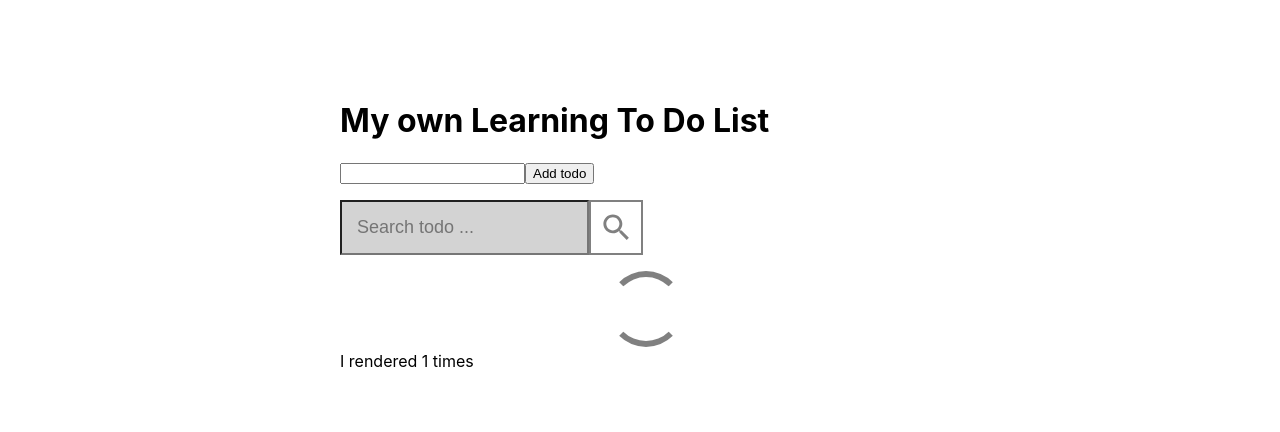
Repository: ArusyakAghajanyan/To-Do
Page: /
These files come from the project's save history. The page is drawn as it stood at one moment and after the next save; the edit follows.
The browser window is 1280 px wide. The pictures show the whole page.
The page's requests for data from a server got no answer. The project was rebuilt for these pictures with package versions that can differ from the ones it lists, and the page was loaded fresh each time. No one was signed in, and anything a server would have sent is missing. Also part of the build but not shown: src/Todo/TodoItem.js, src/Todo/TodoList.js.

Above is the page before, as saved 2022-03-16 15:59:18.

### src/index.css
body {
  margin: 0;
  font-family: -apple-system, BlinkMacSystemFont, 'Segoe UI', 'Roboto', 'Oxygen',
    'Ubuntu', 'Cantarell', 'Fira Sans', 'Droid Sans', 'Helvetica Neue',
    sans-serif;
  -webkit-font-smoothing: antialiased;
  -moz-osx-font-smoothing: grayscale;
}

code {
  font-family: source-code-pro, Menlo, Monaco, Consolas, 'Courier New',
    monospace;
}
.wrapper {
  padding-top: 5rem;
  margin: 0 auto;
  width: 600px;
}
.rm {
  background: gray;
  border-radius: 50%;
  color:#fff;
  border: none;
}

.done {
  text-decoration: line-through;
}

.lds-dual-ring {
  display: inline-block;
  width: 80px;
  height: 80px;
}

.lds-dual-ring:after {
  content: " ";
  display: block;
  width: 64px;
  height: 64px;
  margin: 8px;
  border-radius: 50%;
  border: 6px solid gray;
  border-color: gray transparent gray transparent;

}
@keyframes lds-dual-ring {
  0% {
    transform: rotate(0deg);
  }
  100% {
    transform: rotate(360deg);
  }
}

### src/App.js
import React, { useEffect, useRef, useState } from 'react'
import TodoList from './Todo/TodoList'
import Context from './context'
import Loader from './Loader'
import SearchBar from './Search/SearchBar'

const AddTodo = React.lazy(
  () =>
  new Promise(resolve => {
    setTimeout(() => {
      resolve(import('./Todo/AddTodo'))
    }, 3000)
  })
  )

function App() {
  const [todos, setTodos] = useState([])
    // { id: 1, completed: false, title: 'Learn HTML, CSS'},
    // { id: 2, completed: true, title: 'Learn Js'},
    // { id: 3, completed: false, title: 'Learn React'},
    // { id: 4, completed: false, title: 'Learn Java'}
  const [loading, setLoading] = useState(true)
  const renderCount = useRef(0)
  const[data,setData] = useState([])

  useEffect(() => {
    renderCount.current = renderCount.current + 1
  })


useEffect(() => {
  fetch('https://jsonplaceholder.typicode.com/todos?_limit=5')
    .then(response => response.json())
    .then(todos => {
      setTimeout(() => {
        setTodos(todos)
        setLoading(false)
      }, 2000)
    })
}, [])

  function toggleTodo(id){
    setTodos(
    todos.map(todo => {
    if (todo.id === id) {
      todo.completed = !todo.completed
    }
    return todo
    })
    )
  }

  function removeTodo(id){
   setTodos(todos.filter(todo => todo.id !== id))
  }

  function addTodo(title) {
    setTodos(todos.concat([{
      title,
      id: Date.now(),
      completed: false
    }]))
  }
  function searchResult(data){
    console.log("data=", data)
    setData(data)
  }
  return (
    <Context.Provider value={{ removeTodo }}>
    <div className='wrapper'>
      <h1>My own Learning To Do List</h1>
      <React.Suspense fallback={<p>Loading...</p>}>

      <AddTodo onCreate={addTodo} />
      <SearchBar placeholder="Search todo ..." data={todos}  filterData={searchResult} />
      </React.Suspense>
      {loading && <Loader />}
      {todos.length ? (
      <TodoList todos={data.length > 0 ? data : todos} onToggle={toggleTodo} />
      ) : loading ? null : (
        <p>No todos!</p>
       )}
       <div> I rendered {renderCount.current} times </div>
       <div >

    </div>

    </div>
    </Context.Provider>

  )
}

export default App

// className="App"
//

### src/Loader.js
import React from 'react'

export default () => <div style={{display: 'flex', justifyContent: 'center', margin: '.5rem' }}>
    <div className="lds-dual-ring" /></div>

### src/Search/SearchBar.js
import React, { useState, useEffect } from "react";
import "./SearchBar.css";
import SearchIcon from '@mui/icons-material/Search';
import CloseIcon from '@mui/icons-material/Close';

function SearchBar({ placeholder, data, filterData }) {
  const [filteredData, setFilteredData] = useState([]);
  const [wordEntered, setWordEntered] = useState("");

  const handleFilter = (event) => {
    const searchWord = event.target.value;
    setWordEntered(searchWord);
    const newFilter = data.filter((value) => {
      return value.title.toLowerCase().includes(searchWord.toLowerCase());
    });

    if (searchWord === "") {
      setFilteredData([]);
    } else {
      setFilteredData(newFilter);
    }
  };

  const clearInput = () => {
    setFilteredData([]);
    setWordEntered("");
  };

 useEffect(() => {
  filterData(filteredData)

 }, [filteredData])


  return (
    <div className="search">
      <div className="searchInputs">
        <input
          type="text"
          placeholder={placeholder}
          value={wordEntered}
          onChange={handleFilter}

        />
        <div className="searchIcon">
          {filteredData.length === 0 ? (
            <SearchIcon />
          ) : (
            <CloseIcon id="clearBtn" onClick={clearInput} />
          )}
        </div>
      </div>

    </div>
  );

}

export default SearchBar;

### src/Todo/AddTodo.js
import React, { useState } from "react";
import PropTypes from "prop-types";

function useInputValue(defaultValue = " ") {
  const [value, setValue] = useState(defaultValue);
  return {
    bind: {
      value,
      onChange: (event) => setValue(event.target.value),
    },
    clear: () => setValue(""),
    value: () => value,
  };
}

function AddTodo({ onCreate }) {
  const input = useInputValue(" ");

  function submitHandler(event) {
    event.preventDefault();

    if (input.value().trim()) {
      onCreate(input.value());
      input.clear();
    }
  }

  return (
    <form style={{ marginBottom: "1rem" }} onSubmit={submitHandler}>
      <input {...input.bind} />
      <button type="submit">Add todo</button>
    </form>
  );
}

AddTodo.propTypes = {
  onCreate: PropTypes.func.isRequired,
};

export default AddTodo;

### src/Search/SearchBar.css
.searchInputs {
    margin-top: 0px;
    display: flex;
  }

  .search input{
    background-color: lightgray;
    border-top-right-radius: 0px;
    border-bottom-right-radius: 0px;
    font-size: 18px;
    padding: 15px;
    width: 215px;
  }

  .searchIcon {
    background-color: lightgray;
    border: 2px solid gray;
    width: 50px;
    background-color: white;
    display: grid;
    place-items: center;
    color: gray;
  }

  input:focus {
    outline: none;
  }
  .searchIcon svg {
    font-size: 35px;
  }

  /* .dataResult {
    margin-top: 0px;
    width: 300px;
    height: 200px;
    background-color: lightgray;
    box-shadow: rgba(0, 0, 0, 0.35) 0px 5px 15px;
    overflow: hidden;
    overflow-y: auto;
    position: absolute;
  } */

  /* .dataResult::-webkit-scrollbar {
    display: none;
  } */

  /* .dataResult .dataItem {
    width: 100%;
    height: 50px;
    display: flex;
    align-items: center;
    color: black;
  } */

  /* .dataItem p {
    margin-left: 10px;
  }
  a {
    text-decoration: none;
  } */

  /* a:hover {
    background-color: lightgrey;
  } */

  #clearBtn {
    cursor: pointer;
  }

Loaded but not shown: public/index.html (common file); src/index.js (common file); src/reportWebVitals.js (common file); src/context.js (common file)

After the next save:
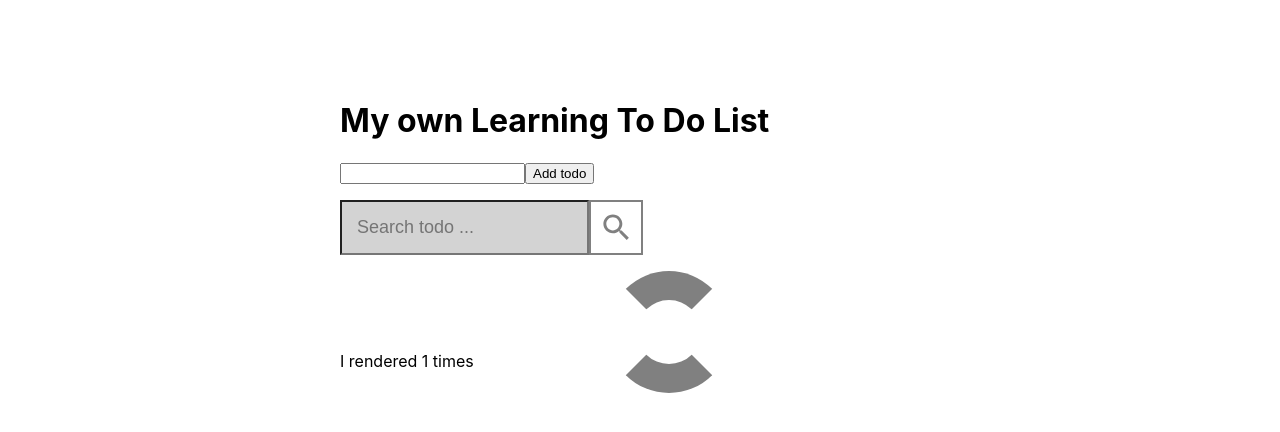
Saved 9 s later.
--- a/src/index.css
+++ b/src/index.css
@@ -40,7 +40,7 @@ code {
   height: 64px;
   margin: 8px;
   border-radius: 50%;
-  border: 6px solid gray;
+  border: 29px solid gray;
   border-color: gray transparent gray transparent;
 
 }
